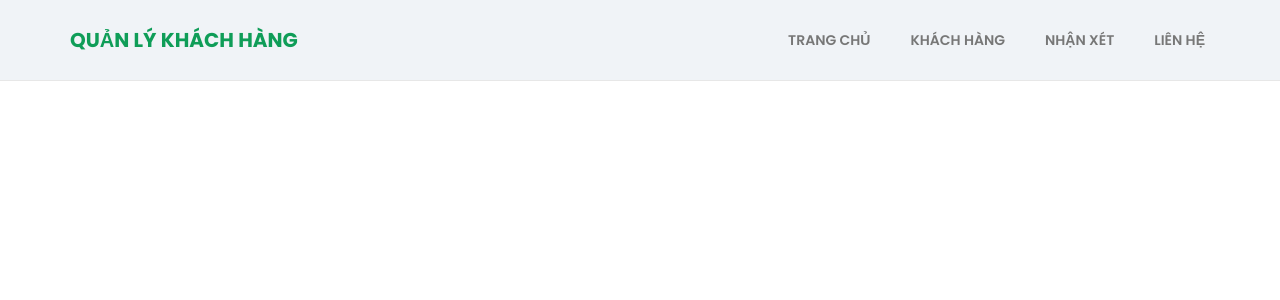
Repository: huutien1904/bt2-ltw
Page: index.html
An editor plug-in stored every save of this project. The page is shown before and after the next save, followed by the edit.
The browser window is 1280 px wide. The pictures show the whole page.

Above is the page before, as saved 2021-11-03 21:21:03.

After the next save:
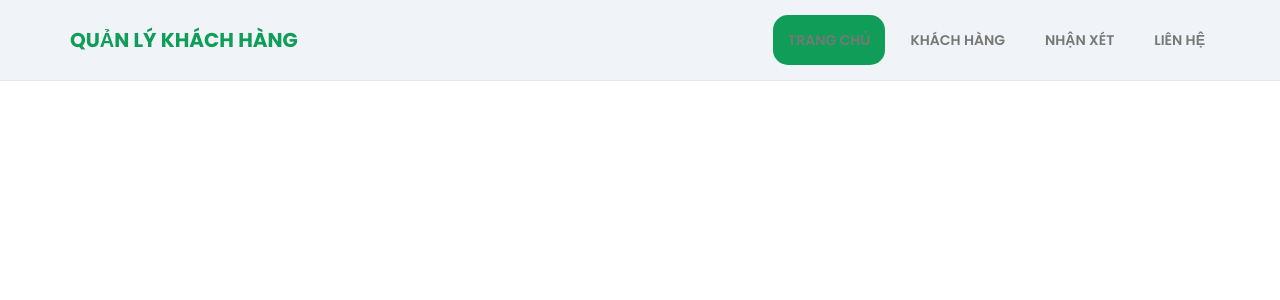
Saved 6 s later.
--- a/style.css
+++ b/style.css
@@ -29,10 +29,10 @@ body {
   margin: 0 5px;
   /* padding:5px; */
 }
-/* .navbar-right li:hover{
+/* /* .navbar-right li:hover{
   background-color: var(--primary-color);
   border-radius: 15px;
-}
+} */
 .active_nav{
   background-color: var(--primary-color);
   border-radius: 15px;

After the save that followed:
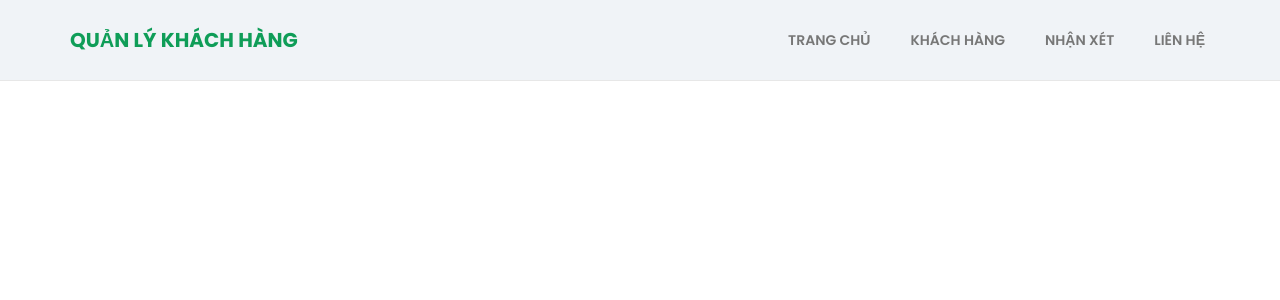
Saved 14 s later.
--- a/style.css
+++ b/style.css
@@ -29,11 +29,11 @@ body {
   margin: 0 5px;
   /* padding:5px; */
 }
-/* /* .navbar-right li:hover{
+.navbar-right li:hover{
+  background-color: var(--primary-color);
+  border-radius: 15px;
+}
+/* .active_nav{
   background-color: var(--primary-color);
   border-radius: 15px;
 } */
-.active_nav{
-  background-color: var(--primary-color);
-  border-radius: 15px;
-} */
